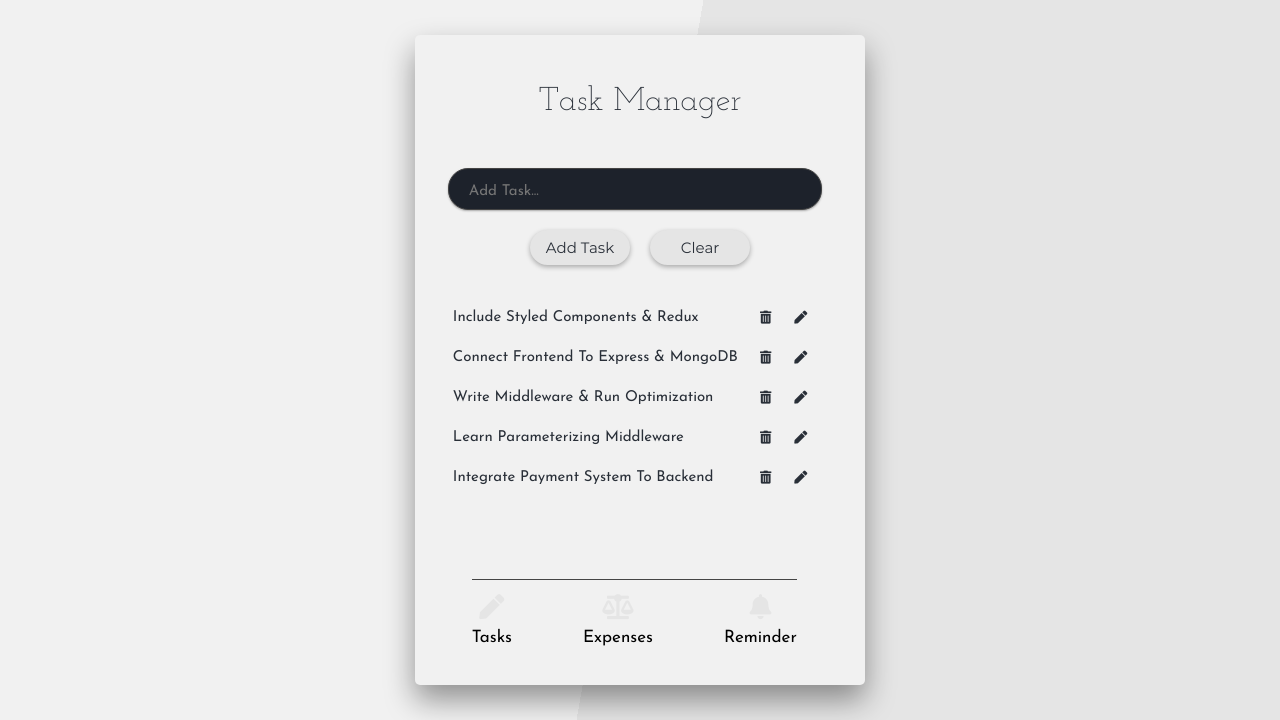
Repository: Kol124/react-task-manager
Page: /
These files come from the project's save history. The page is drawn as it stood at one moment and after the next save; the edit follows.
The browser window is 1280 px wide. The pictures show the whole page.
The project was rebuilt for these pictures with package versions that can differ from the ones it lists, and the page was loaded fresh each time. Also part of the build but not shown: src/components/Expenses/Expenses.js, src/components/Reminder/Reminder.js.

Above is the page before, as saved 2021-06-24 17:36:57.

After the next save:
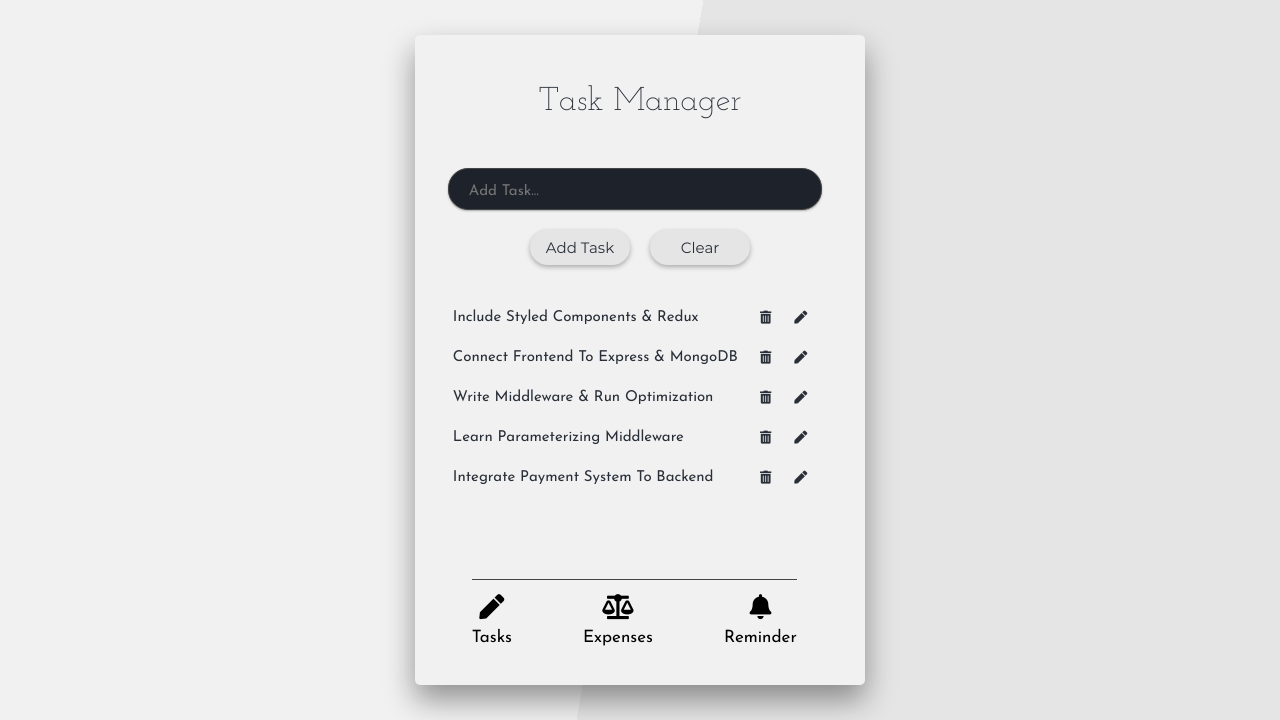
Saved 22 s later.
--- a/src/components/Footer.js
+++ b/src/components/Footer.js
@@ -11,24 +11,21 @@ export default function Footer() {
       <ul className="nav">
         <li>
           <Link to="/">
-            <i style={{ color: theme.accent }} className="fa fa-pen"></i>
+            <i className="fa fa-pen"></i>
             <p>Tasks</p>
           </Link>
         </li>
 
         <li>
           <Link to="/Expenses">
-            <i
-              style={{ color: theme.accent }}
-              className="fa fa-balance-scale"
-            ></i>
+            <i className="fa fa-balance-scale"></i>
             <p>Expenses</p>
           </Link>
         </li>
 
         <li>
           <Link to="/Reminder">
-            <i style={{ color: theme.accent }} className="fa fa-bell"></i>
+            <i className="fa fa-bell"></i>
             <p>Reminder</p>
           </Link>
         </li>

After the save that followed:
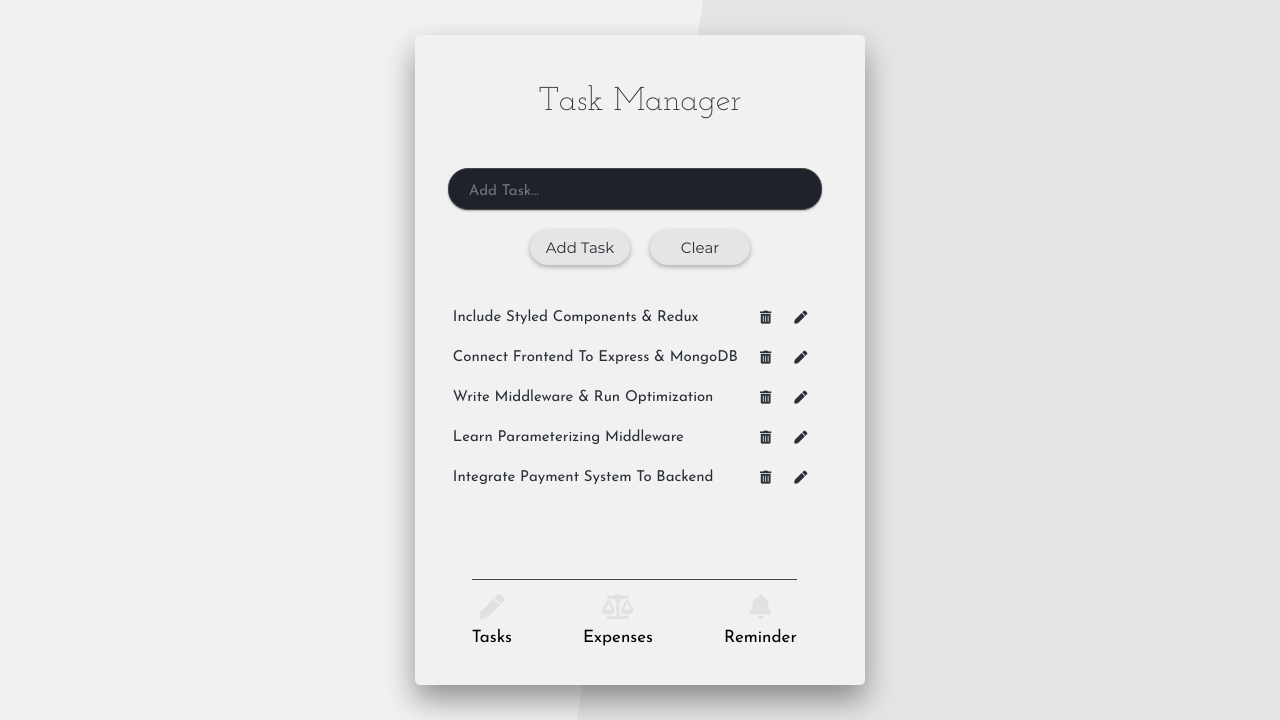
Saved 6 s later.
--- a/src/App.css
+++ b/src/App.css
@@ -184,7 +184,7 @@ footer .nav {
 .nav li i {
   font-size: 2.5rem;
   transition: all ease 0.3s;
-  color: #000;
+  color: #e1e1e1;
 }
 
 .nav li i:hover {
